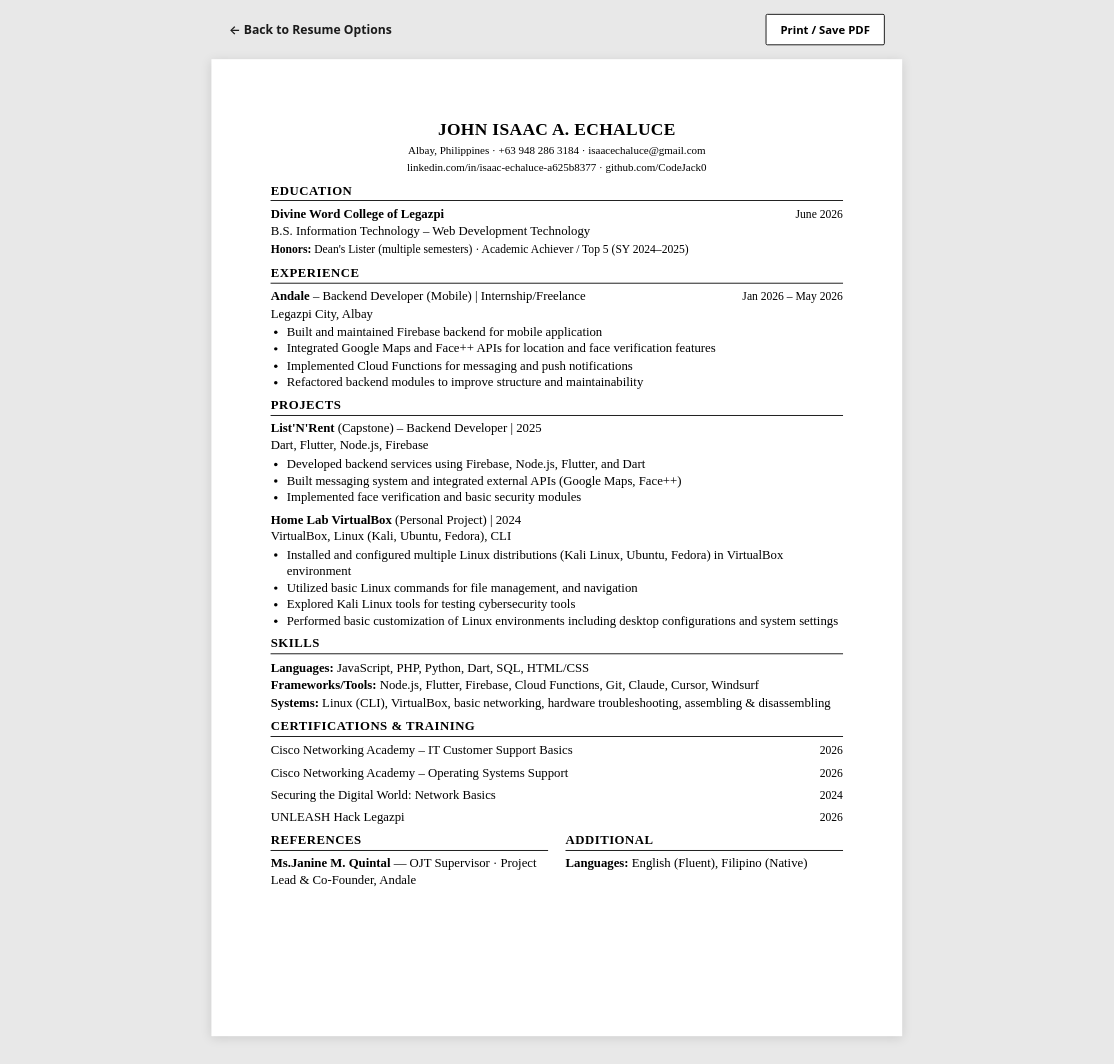
Repository: CodeJack0/Professional_Portfolio
Page: pages/resume.html
These files come from the project's save history. The page is drawn as it stood at one moment and after the next save; the edit follows.
The browser window is 1280 px wide. The pictures show the whole page, at 87% of full size.

Above is the page before, as saved 2026-05-30 14:01:21.

### pages/resume.html
<!DOCTYPE html>
<html lang="en">
<head>
  <meta charset="UTF-8" />
  <meta name="viewport" content="width=device-width, initial-scale=1.0" />
  <meta name="description" content="Resume / CV — John Isaac A. Echaluce, IT Graduate" />
  <title>Resume / CV — John Isaac A. Echaluce</title>
  <link rel="stylesheet" href="../css/resume.css" />
</head>
<body class="resume-page">
  <div class="resume-toolbar no-print">
    <a href="resumes.html" class="toolbar-link">← Back to Resume Options</a>
    <button type="button" class="toolbar-btn" onclick="window.print()">Print / Save PDF</button>
  </div>

  <article class="resume-document" aria-label="Resume">
    <header class="resume-header">
      <h1 class="resume-name">John Isaac A. Echaluce</h1>
      <p class="resume-contact-line">
        Albay, Philippines · <a href="tel:+639482863184">+63 948 286 3184</a> ·
        <a href="mailto:isaacechaluce@gmail.com">isaacechaluce@gmail.com</a>
      </p>
      <p class="resume-contact-line resume-contact-line--links">
        <a href="https://www.linkedin.com/in/isaac-echaluce-a625b8377/" rel="noopener noreferrer">linkedin.com/in/isaac-echaluce-a625b8377</a> ·
        <a href="https://github.com/CodeJack0" rel="noopener noreferrer">github.com/CodeJack0</a>
      </p>
    </header>

    <main class="resume-content">
      <section class="resume-section">
        <h2 class="resume-section-title">Education</h2>

        <div class="entry">
          <div class="entry-row">
            <span class="entry-left"><strong>Divine Word College of Legazpi</strong></span>
            <span class="entry-right">June 2026</span>
          </div>
          <div class="entry-row entry-row--sub">
            <span class="entry-left">B.S. Information Technology – Web Development Technology</span>
          </div>
          <p class="honors-line">
            <strong>Honors:</strong> Dean's Lister (multiple semesters) · Academic Achiever / Top 5 (SY 2024–2025)
          </p>
        </div>
      </section>

      <section class="resume-section">
        <h2 class="resume-section-title">Experience</h2>

        <div class="entry">
          <div class="entry-row">
            <span class="entry-left"><strong>Andale</strong> – Backend Developer (Mobile) | Internship/Freelance</span>
            <span class="entry-right">Jan 2026 – May 2026</span>
          </div>
          <div class="entry-row entry-row--sub">
            <span class="entry-left">Legazpi City, Albay</span>
          </div>
          <ul class="resume-list">
            <li>Built and maintained Firebase backend for mobile application</li>
            <li>Integrated Google Maps and Face++ APIs for location and face verification features</li>
            <li>Implemented Cloud Functions for messaging and push notifications</li>
            <li>Refactored backend modules to improve structure and maintainability</li>
          </ul>
        </div>
      </section>

      <section class="resume-section">
        <h2 class="resume-section-title">Projects</h2>

        <div class="entry">
          <div class="entry-row">
            <span class="entry-left"><strong>List'N'Rent</strong> (Capstone) – Backend Developer | 2025</span>
            <span class="entry-right"></span>
          </div>
          <div class="entry-row entry-row--sub">
            <span class="entry-left">Dart, Flutter, Node.js, Firebase</span>
          </div>
          <ul class="resume-list">
            <li>Developed backend services using Firebase, Node.js, Flutter, and Dart</li>
            <li>Built messaging system and integrated external APIs (Google Maps, Face++)</li>
            <li>Implemented face verification and basic security modules</li>
          </ul>
        </div>

        <div class="entry">
          <div class="entry-row">
            <span class="entry-left"><strong>Home Lab VirtualBox</strong> (Personal Project) | 2024</span>
            <span class="entry-right"></span>
          </div>
          <div class="entry-row entry-row--sub">
            <span class="entry-left">VirtualBox, Linux (Kali, Ubuntu, Fedora), CLI</span>
          </div>
          <ul class="resume-list">
            <li>Installed and configured multiple Linux distributions (Kali Linux, Ubuntu, Fedora) in VirtualBox environment</li>
            <li>Utilized basic Linux commands for  file management, and navigation</li>
            <li>Explored Kali Linux tools for testing cybersecurity tools</li>
            <li>Performed basic customization of Linux environments including desktop configurations and system settings</li>
          </ul>
        </div>


      <section class="resume-section">
        <h2 class="resume-section-title">Skills</h2>
        <p class="skills-line"><strong>Languages:</strong> JavaScript, PHP, Python, Dart, SQL, HTML/CSS</p>
        <p class="skills-line"><strong>Frameworks/Tools:</strong> Node.js, Flutter, Firebase, Cloud Functions, Git, Claude, Cursor, Windsurf</p>
        <p class="skills-line"><strong>Systems:</strong> Linux (CLI), VirtualBox, basic networking, hardware troubleshooting, assembling & disassembling</p>
      </section>

      <section class="resume-section">
        <h2 class="resume-section-title">Certifications & Training</h2>

        <div class="entry entry--compact">
          <div class="entry-row">
            <span class="entry-left">Cisco Networking Academy – IT Customer Support Basics</span>
            <span class="entry-right">2026</span>
          </div>
        </div>

        <div class="entry entry--compact">
          <div class="entry-row">
            <span class="entry-left">Cisco Networking Academy – Operating Systems Support</span>
            <span class="entry-right">2026</span>
          </div>
        </div>

        <div class="entry entry--compact">
          <div class="entry-row">
            <span class="entry-left">Securing the Digital World: Network Basics</span>
            <span class="entry-right">2024</span>
          </div>
        </div>

        <div class="entry entry--compact">
          <div class="entry-row">
            <span class="entry-left">UNLEASH Hack Legazpi</span>
            <span class="entry-right">2026</span>
          </div>
        </div>
      </section>

      <section class="resume-section resume-section--combined">
        <div class="resume-two-col">
          <div>
            <h2 class="resume-section-title">References</h2>
            <p class="skills-line"><strong>Ms.Janine M. Quintal</strong> — OJT Supervisor · Project Lead &amp; Co-Founder, Andale</p>
          </div>
          <div>
            <h2 class="resume-section-title">Additional</h2>
            <p class="skills-line"><strong>Languages:</strong> English (Fluent), Filipino (Native)</p>
          </div>
        </div>
      </section>
    </main>
  </article>
</body>
</html>

### css/resume.css
/* Harvard-style resume — conservative, single column, print-first (A4) */

:root {
  --resume-page-width: 210mm;
  --resume-page-height: 297mm;
  --resume-page-margin: 18mm;
}

*,
*::before,
*::after {
  box-sizing: border-box;
}

body.resume-page {
  margin: 0;
  font-family: "Times New Roman", Times, Georgia, serif;
  font-size: 11pt;
  line-height: 1.25;
  color: #000;
  background: #e8e8e8;
  -webkit-font-smoothing: antialiased;
}

/* Toolbar (screen only) */
.resume-toolbar {
  display: flex;
  align-items: center;
  justify-content: space-between;
  max-width: var(--resume-page-width);
  margin: 0 auto;
  padding: 1rem 1.25rem;
  gap: 1rem;
  font-family: system-ui, -apple-system, sans-serif;
}

.toolbar-link {
  font-size: 0.875rem;
  font-weight: 600;
  color: #1a1a1a;
  text-decoration: none;
}

.toolbar-link:hover {
  text-decoration: underline;
}

.toolbar-btn {
  font-family: inherit;
  font-size: 0.8125rem;
  font-weight: 600;
  padding: 0.5rem 1rem;
  border: 1px solid #000;
  border-radius: 2px;
  background: #fff;
  color: #000;
  cursor: pointer;
}

.toolbar-btn:hover {
  background: #f5f5f5;
}

/* Document */
.resume-document {
  width: 100%;
  max-width: var(--resume-page-width);
  min-height: var(--resume-page-height);
  margin: 0 auto 2rem;
  padding: var(--resume-page-margin);
  background: #fff;
  box-shadow: 0 2px 12px rgba(0, 0, 0, 0.12);
}

/* Header */
.resume-header {
  text-align: center;
  margin-bottom: 0.45rem;
}

.resume-name {
  font-size: 15pt;
  font-weight: 700;
  margin: 0 0 0.2rem;
  letter-spacing: 0.02em;
  text-transform: uppercase;
}

.resume-tagline {
  margin: 0;
  font-size: 10pt;
  font-style: italic;
}

.resume-summary {
  margin: 0.35rem auto 0;
  max-width: 95%;
  font-size: 10pt;
  line-height: 1.4;
  text-align: center;
}

.resume-contact-line {
  margin: 0.2rem 0 0;
  font-size: 9.5pt;
  line-height: 1.45;
}

.resume-contact-line--links {
  margin-top: 0.1rem;
}

.resume-contact-line a {
  color: inherit;
  text-decoration: none;
}

.resume-contact-line a:hover {
  text-decoration: underline;
}

.honors-line {
  margin: 0.2rem 0 0;
  font-size: 10pt;
  line-height: 1.35;
}

.entry-note {
  margin: 0.15rem 0 0;
  font-size: 9.5pt;
  font-style: italic;
  line-height: 1.35;
}

/* Sections */
.resume-content {
  margin: 0;
}

.resume-section {
  margin-bottom: 0.45rem;
}

.entry--compact {
  margin-bottom: 0.2rem;
}

.resume-two-col {
  display: grid;
  grid-template-columns: 1fr 1fr;
  gap: 1.25rem;
  align-items: start;
}

.resume-two-col .resume-section-title {
  margin-top: 0;
}

.resume-section--combined {
  margin-bottom: 0;
}

.skills-line--muted {
  font-size: 9.5pt;
  font-style: italic;
}

.resume-section:last-child {
  margin-bottom: 0;
}

.resume-section-title {
  font-size: 11pt;
  font-weight: 700;
  text-transform: uppercase;
  letter-spacing: 0.04em;
  margin: 0.5rem 0 0.35rem;
  padding-bottom: 0.15rem;
  border-bottom: 1px solid #000;
}

.resume-section:first-child .resume-section-title {
  margin-top: 0;
}

/* Entries */
.entry {
  margin-bottom: 0.45rem;
}

.entry:last-child {
  margin-bottom: 0;
}

.entry-row {
  display: flex;
  justify-content: space-between;
  align-items: baseline;
  gap: 1rem;
}

.entry-row--sub {
  margin-top: 0.05rem;
}

.entry-left {
  flex: 1;
  min-width: 0;
}

.entry-right {
  flex-shrink: 0;
  white-space: nowrap;
  font-size: 10pt;
}

/* Lists */
.resume-list {
  margin: 0.2rem 0 0;
  padding-left: 1.15rem;
}

.resume-list li {
  margin-bottom: 0.05rem;
}

.resume-list--plain {
  list-style: disc;
  padding-left: 1.15rem;
}

/* Skills */
.skills-line {
  margin: 0.15rem 0 0;
}

.skills-line:first-of-type {
  margin-top: 0.1rem;
}

.resume-section--inline .skills-line {
  margin-top: 0.1rem;
}

.skills-grid {
  display: grid;
  grid-template-columns: 1fr 1fr;
  gap: 0.75rem;
  margin-top: 0.1rem;
}

.skills-grid .resume-list {
  margin: 0;
}

/* Responsive */
@media (max-width: 640px) {
  .resume-document {
    min-height: auto;
    padding: 1rem;
  }

  .resume-contact-line {
    font-size: 9pt;
  }

  .entry-row {
    flex-direction: column;
    gap: 0.1rem;
  }

  .entry-right {
    white-space: normal;
  }

  .resume-two-col {
    grid-template-columns: 1fr;
    gap: 0.5rem;
  }
}

/* Print */
@media print {
  @page {
    size: A4;
    margin: 0;
  }

  body.resume-page {
    background: #fff;
    font-size: 11pt;
  }

  .no-print {
    display: none !important;
  }

  .resume-document {
    max-width: none;
    min-height: auto;
    margin: 0;
    padding: var(--resume-page-margin);
    box-shadow: none;
  }

  .resume-contact-line a {
    text-decoration: none;
  }

  .entry,
  .resume-section {
    break-inside: avoid;
  }
}

After the next save:
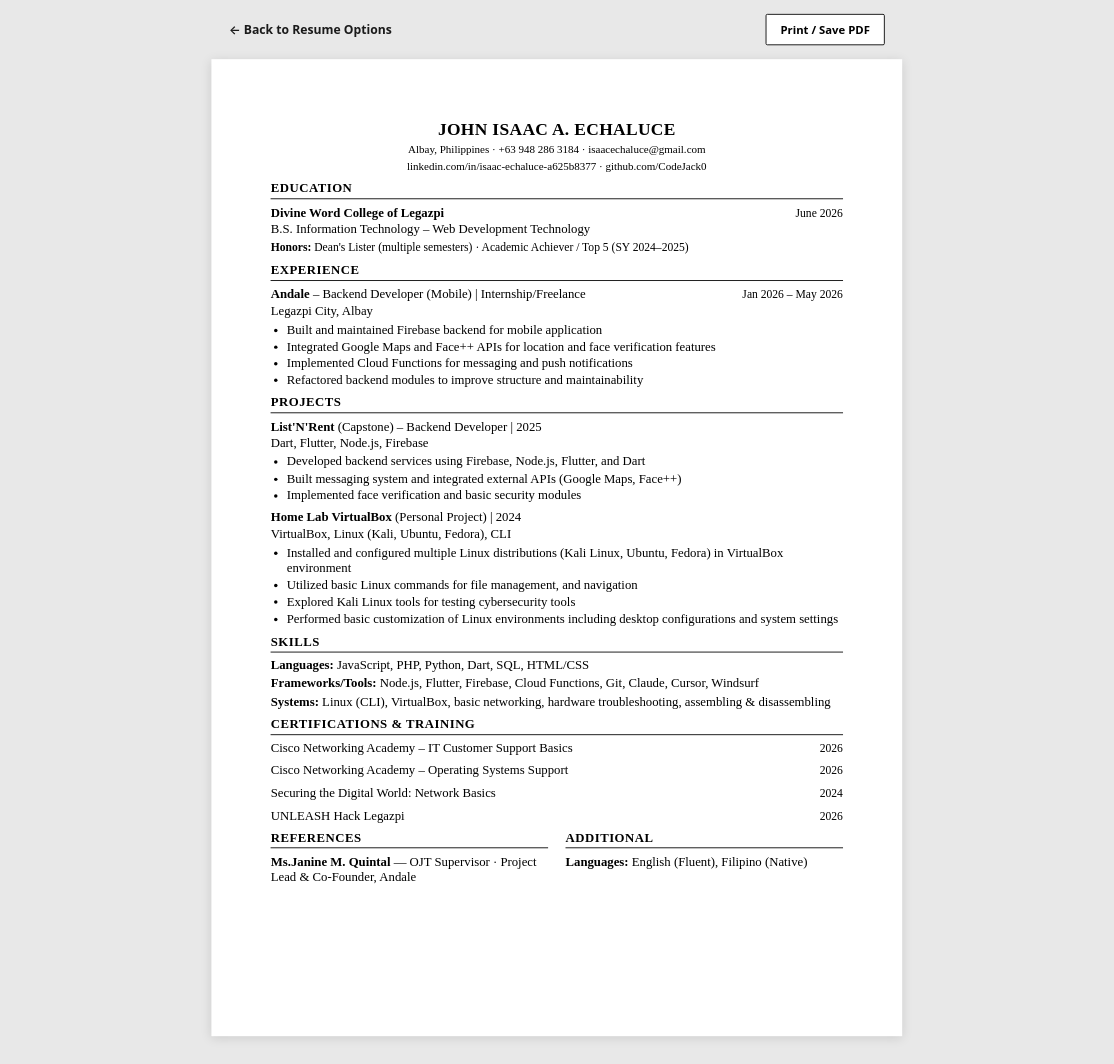
Saved 24 s later.
--- a/css/resume.css
+++ b/css/resume.css
@@ -101,9 +101,9 @@ body.resume-page {
 }
 
 .resume-contact-line {
-  margin: 0.2rem 0 0;
+  margin: 0.15rem 0 0;
   font-size: 9.5pt;
-  line-height: 1.45;
+  line-height: 1.35;
 }
 
 .resume-contact-line--links {
